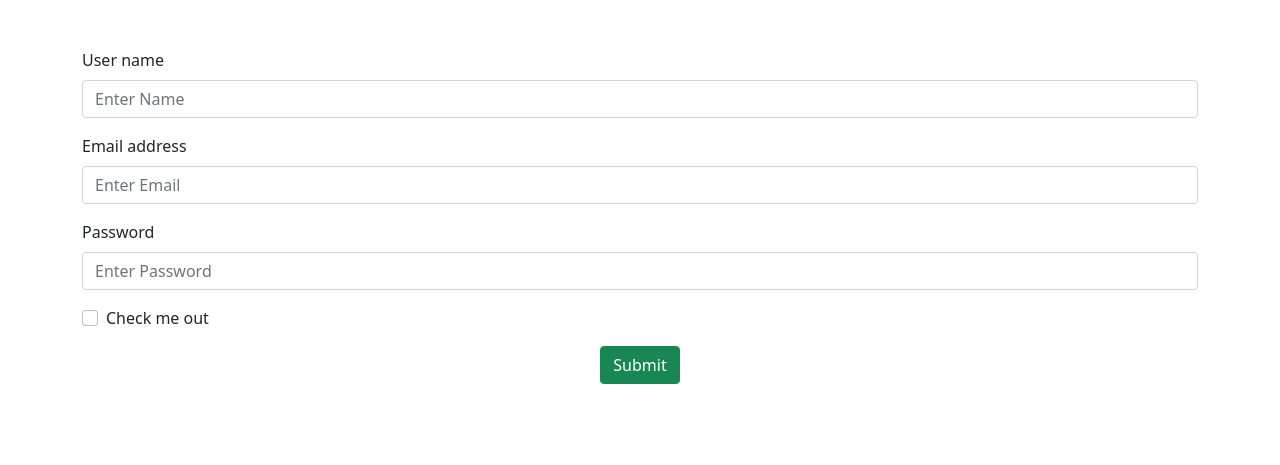
Repository: IamPawan777/spring-MCV
Page: http://localhost/p4.1-sending-data-to-controller/form
These files come from the project's save history. The page is drawn as it stood at one moment and after the next save; the edit follows.
The browser window is 1280 px wide. The pictures show the whole page.
The page is served by Tomcat 9.

Above is the page before, as saved 2025-01-13 13:50:48.

### p4.1-sending-data-to-controller/src/main/webapp/WEB-INF/spring-servlet.xml
<?xml version="1.0" encoding="UTF-8"?>
<beans xmlns="http://www.springframework.org/schema/beans"
	xmlns:p="http://www.springframework.org/schema/p"
	xmlns:util="http://www.springframework.org/schema/util"
	xmlns:context="http://www.springframework.org/schema/context"
	xmlns:xsi="http://www.w3.org/2001/XMLSchema-instance"
	xsi:schemaLocation="http://www.springframework.org/schema/beans
 	https://www.springframework.org/schema/beans/spring-beans.xsd
 	http://www.springframework.org/schema/util
 	https://www.springframework.org/schema/util/spring-util.xsd
 	http://www.springframework.org/schema/context
 	https://www.springframework.org/schema/context/spring-context.xsd">

 	<context:component-scan base-package="org.spring"/>


	<bean class="org.springframework.web.servlet.view.InternalResourceViewResolver" name="viewResolver">
		<property name="prefix" value="/WEB-INF/pages/" />
		<property name="suffix" value=".jsp" />
	</bean>




</beans>

### p4.1-sending-data-to-controller/src/main/webapp/WEB-INF/pages/form.jsp
<%@ page language="java" contentType="text/html; charset=UTF-8"
	pageEncoding="UTF-8"%>
<!doctype html>
<html lang="en">
<head>
<!-- Required meta tags -->
<meta charset="utf-8">
<meta name="viewport" content="width=device-width, initial-scale=1">

<!-- Bootstrap CSS -->
<link
	href="https://cdn.jsdelivr.net/npm/bootstrap@5.0.2/dist/css/bootstrap.min.css"
	rel="stylesheet"
	integrity="sha384-EVSTQN3/azprG1Anm3QDgpJLIm9Nao0Yz1ztcQTwFspd3yD65VohhpuuCOmLASjC"
	crossorigin="anonymous">

<title>Hello, world!</title>
</head>
<body>

	<div class="container mt-5" text-center>
		<form>
			<div class="mb-3">
				<label for="exampleInputText" class="form-label">User
					name</label> <input type="text" class="form-control"
					id="exampleInputText" aria-describedby="emailHelp" placeholder="Enter Name">
			</div>

			<div class="mb-3">
				<label for="exampleInputEmail1" class="form-label">Email
					address</label> <input type="email" class="form-control"
					id="exampleInputEmail1" aria-describedby="emailHelp"  placeholder="Enter Email">
			</div>

			<div class="mb-3">
				<label for="exampleInputPassword1" class="form-label">Password</label>
				<input type="password" class="form-control"
					id="exampleInputPassword1"  placeholder="Enter Password">
			</div>

			<div class="mb-3 form-check">
				<input type="checkbox" class="form-check-input" id="exampleCheck1">
				<label class="form-check-label" for="exampleCheck1">Check me
					out</label>
			</div>

			<div class="container text-center" >
				<button type="submit" class="btn btn-success">Submit</button>
			</div>
		</form>
	</div>

	<!-- Optional JavaScript; choose one of the two! -->

	<!-- Option 1: Bootstrap Bundle with Popper -->
	<script
		src="https://cdn.jsdelivr.net/npm/bootstrap@5.0.2/dist/js/bootstrap.bundle.min.js"
		integrity="sha384-MrcW6ZMFYlzcLA8Nl+NtUVF0sA7MsXsP1UyJoMp4YLEuNSfAP+JcXn/tWtIaxVXM"
		crossorigin="anonymous"></script>

	<!-- Option 2: Separate Popper and Bootstrap JS -->
	<!--
    <script src="https://cdn.jsdelivr.net/npm/@popperjs/core@2.9.2/dist/umd/popper.min.js" integrity="sha384-IQsoLXl5PILFhosVNubq5LC7Qb9DXgDA9i+tQ8Zj3iwWAwPtgFTxbJ8NT4GN1R8p" crossorigin="anonymous"></script>
    <script src="https://cdn.jsdelivr.net/npm/bootstrap@5.0.2/dist/js/bootstrap.min.js" integrity="sha384-cVKIPhGWiC2Al4u+LWgxfKTRIcfu0JTxR+EQDz/bgldoEyl4H0zUF0QKbrJ0EcQF" crossorigin="anonymous"></script>
    -->
</body>
</html>

### p4.1-sending-data-to-controller/src/main/java/org/spring/FormController.java
package org.spring;

import org.springframework.stereotype.Controller;
import org.springframework.web.bind.annotation.RequestMapping;

@Controller
public class FormController {

	@RequestMapping("/form")
	public String showFrpm() {
		return "form";
	}
}

### p4.1-sending-data-to-controller/src/main/java/org/spring/MainController.java
package org.spring;

import org.springframework.stereotype.Controller;
import org.springframework.web.bind.annotation.RequestMapping;
import org.springframework.web.bind.annotation.RequestMethod;

@Controller
public class MainController {

	@RequestMapping(path = "/home", method = RequestMethod.GET)
	public String putData() {
		System.out.println("Home method call........");
		return "home";
	}

}

After the next save:
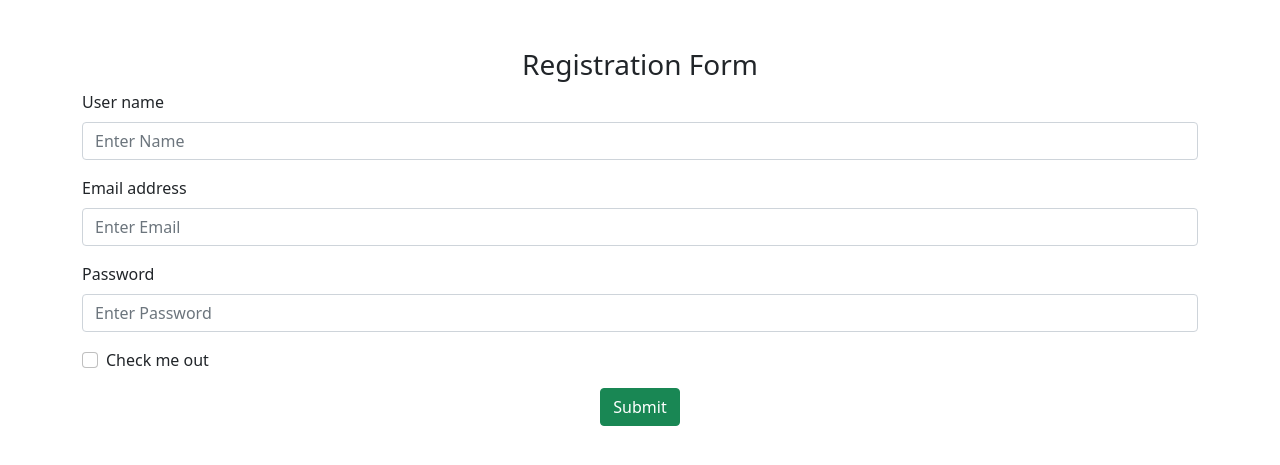
Saved 103 s later.
--- a/p4.1-sending-data-to-controller/src/main/webapp/WEB-INF/pages/form.jsp
+++ b/p4.1-sending-data-to-controller/src/main/webapp/WEB-INF/pages/form.jsp
@@ -19,6 +19,7 @@
 <body>
 
 	<div class="container mt-5" text-center>
+	<h3 class="text-center text-capitalize" >Registration Form</h3>
 		<form>
 			<div class="mb-3">
 				<label for="exampleInputText" class="form-label">User
